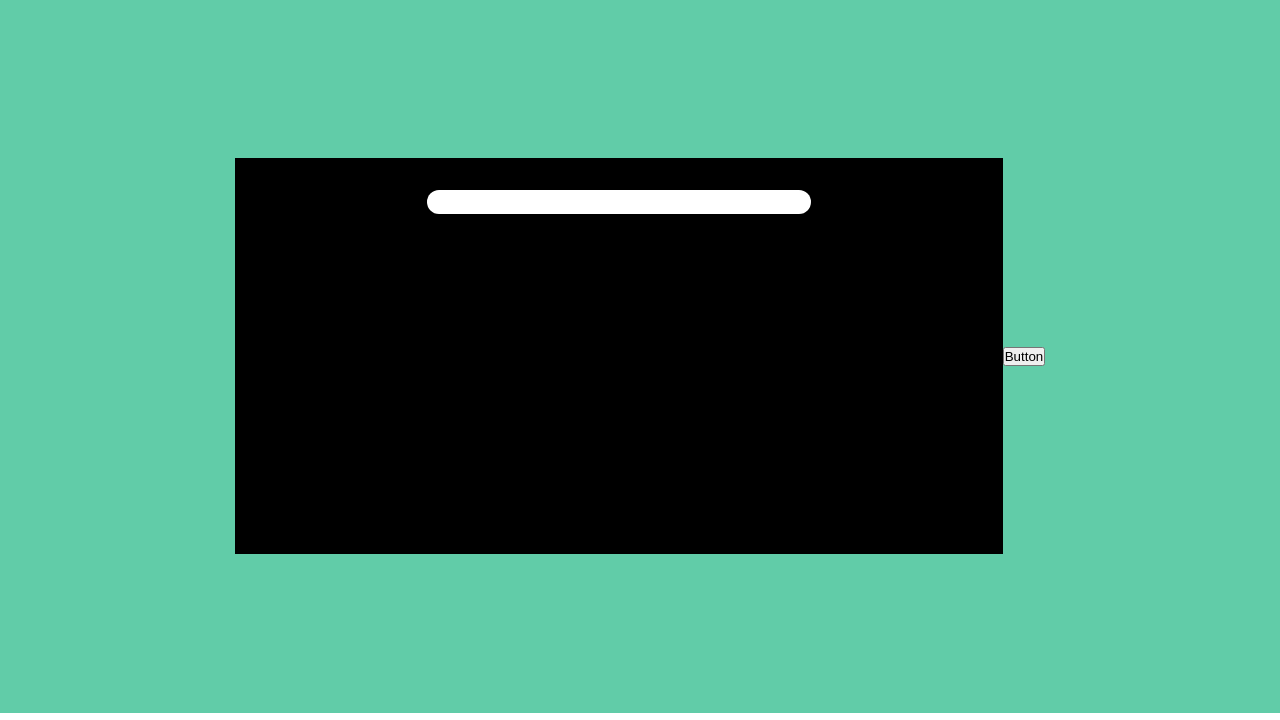
Repository: gitveerak/git-message-chat
Page: demo/demo1.html
The author's editor kept a copy of each file at every save. The page is drawn from the files as they stood at one save, then again after the next save.
The browser window is 1280 px wide. The pictures show the whole page.
After loading, the first visible `button` was clicked once.

Above is the page before, as saved 2025-04-20 18:29:42.

After the next save:
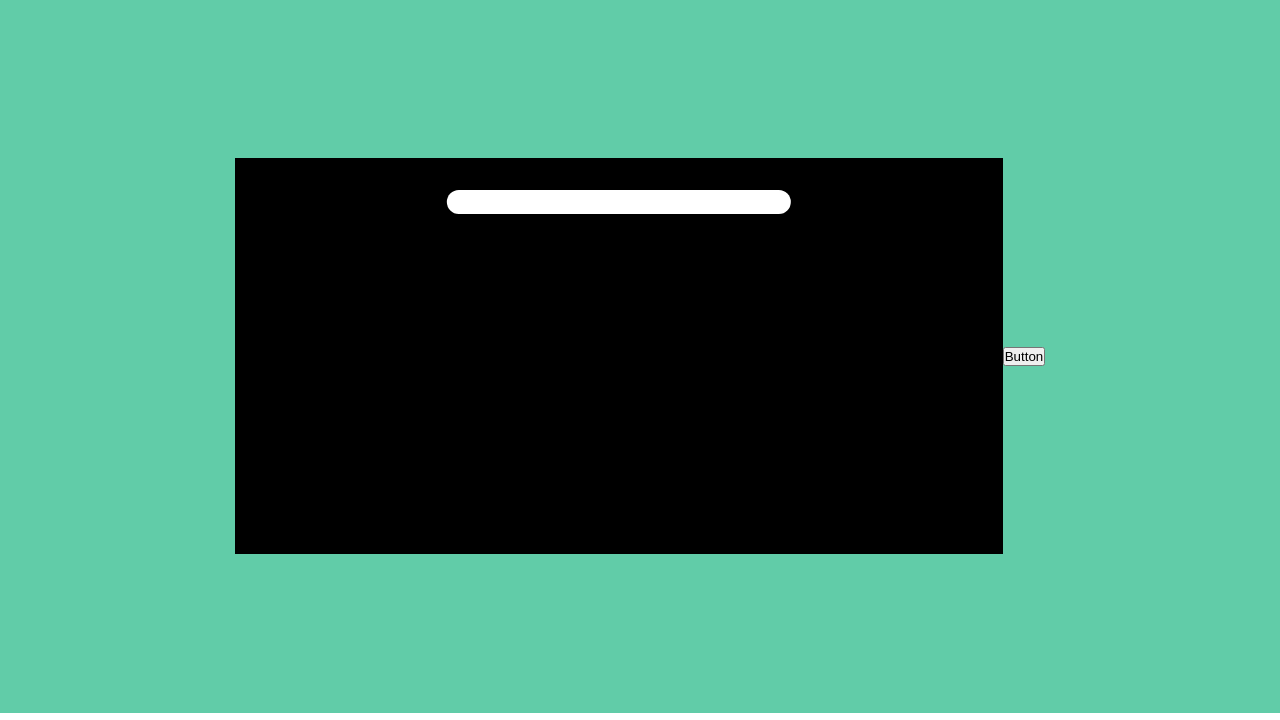
Saved 4 s later.
--- a/demo/demo1.html
+++ b/demo/demo1.html
@@ -86,7 +86,7 @@
             img_icon.style.display='block';
             setInterval(() => {
                 icon_bar.style.display='block';
-            }, 100);
+            }, 1000);
             setTimeout(() => {
                 icon_bar.style.display='none';
                 img_icon.style.display='none';
